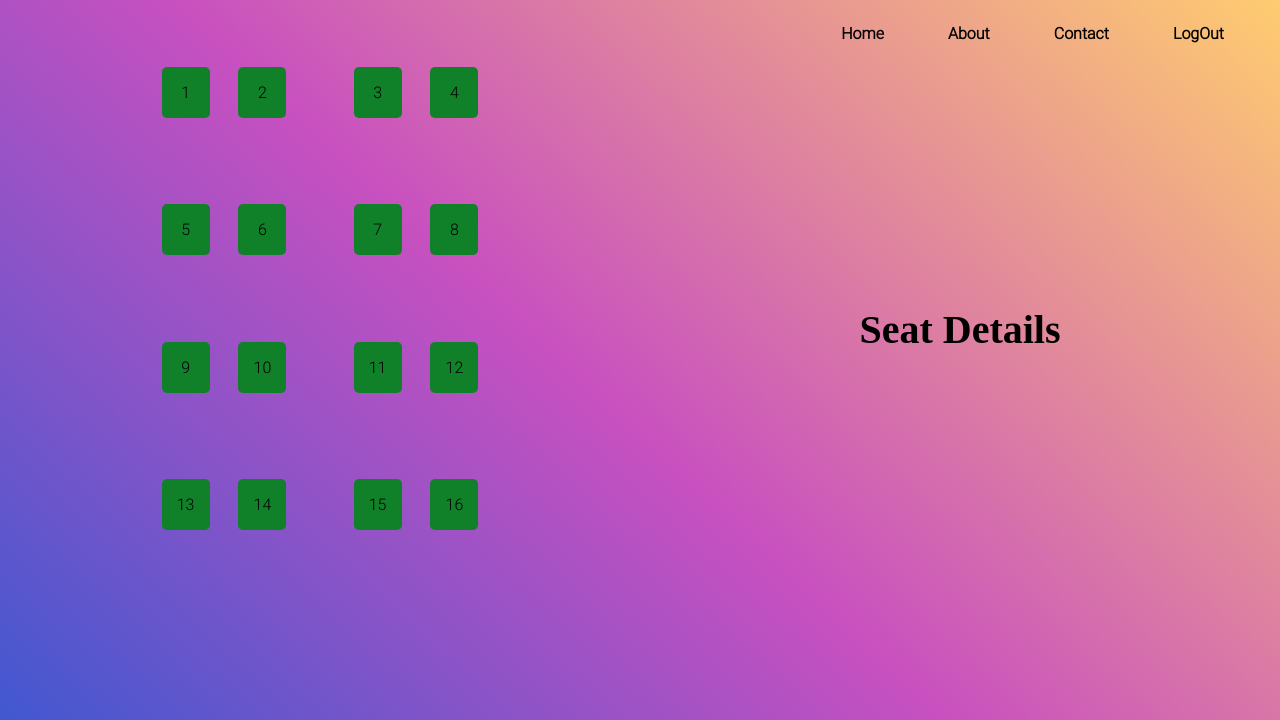
Repository: Savindushehan/RouteMaster-Group-project
Page: http://localhost/RouterMaster/Bus.jsp
An editor plug-in stored every save of this project. The page is shown before and after the next save, followed by the edit.
The browser window is 1280 px wide. The pictures show the whole page.
The page is served by Tomcat 10. The template is opened directly, without the code that normally fills it, so the values that code supplies are empty.

Above is the page before, as saved 2023-10-27 06:54:50.
Console error: TypeError: Cannot set properties of null (setting 'onmousemove')

After the next save:
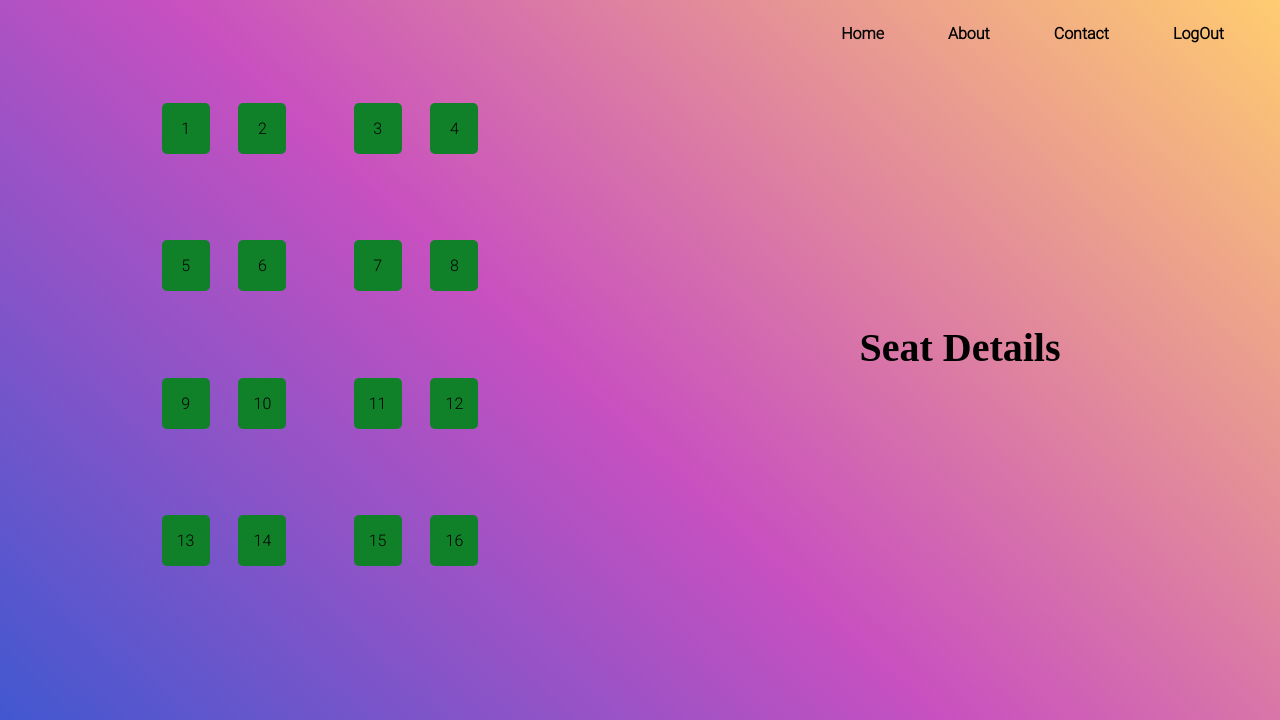
Saved 2 min 47 s later.
--- a/RouteMaster/RouterMaster/src/main/webapp/Bus.jsp
+++ b/RouteMaster/RouterMaster/src/main/webapp/Bus.jsp
@@ -74,6 +74,7 @@
             transition:all 0.3s;
         }
         .side1{
+        	margin-top: 5vh;
             width: 30%;
             height: 70vh;
         }
